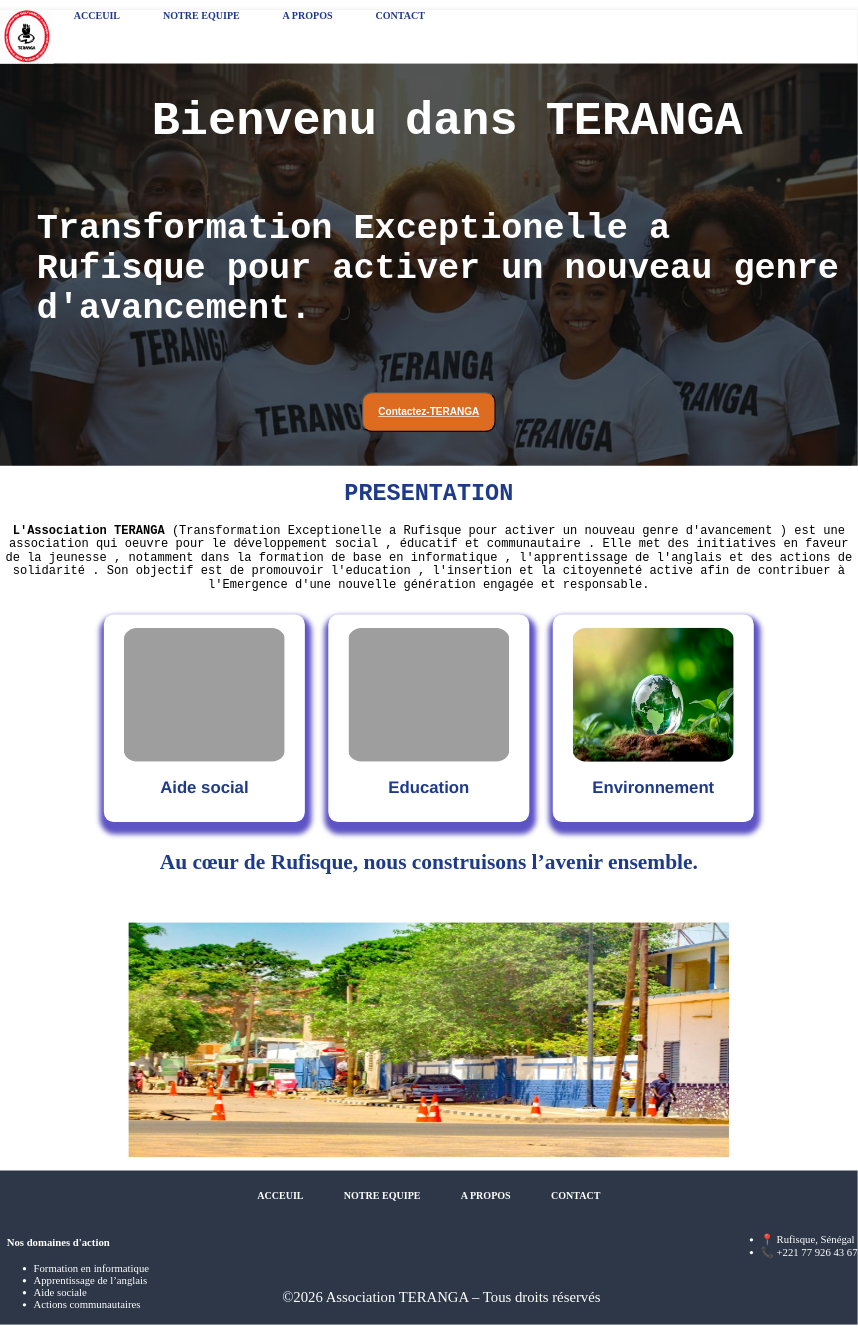
Repository: assanendao171/projet-teranga
Page: acceuil.html
The author's editor kept a copy of each file at every save. The page is drawn from the files as they stood at one save, then again after a run of saves.
The browser window is 1280 px wide. The pictures show the whole page, at 67% of full size.
Pictures or frames that could not be fetched are drawn as grey boxes.

Above is the page before, as saved 2026-02-12 10:26:33.

After the next 2 saves:
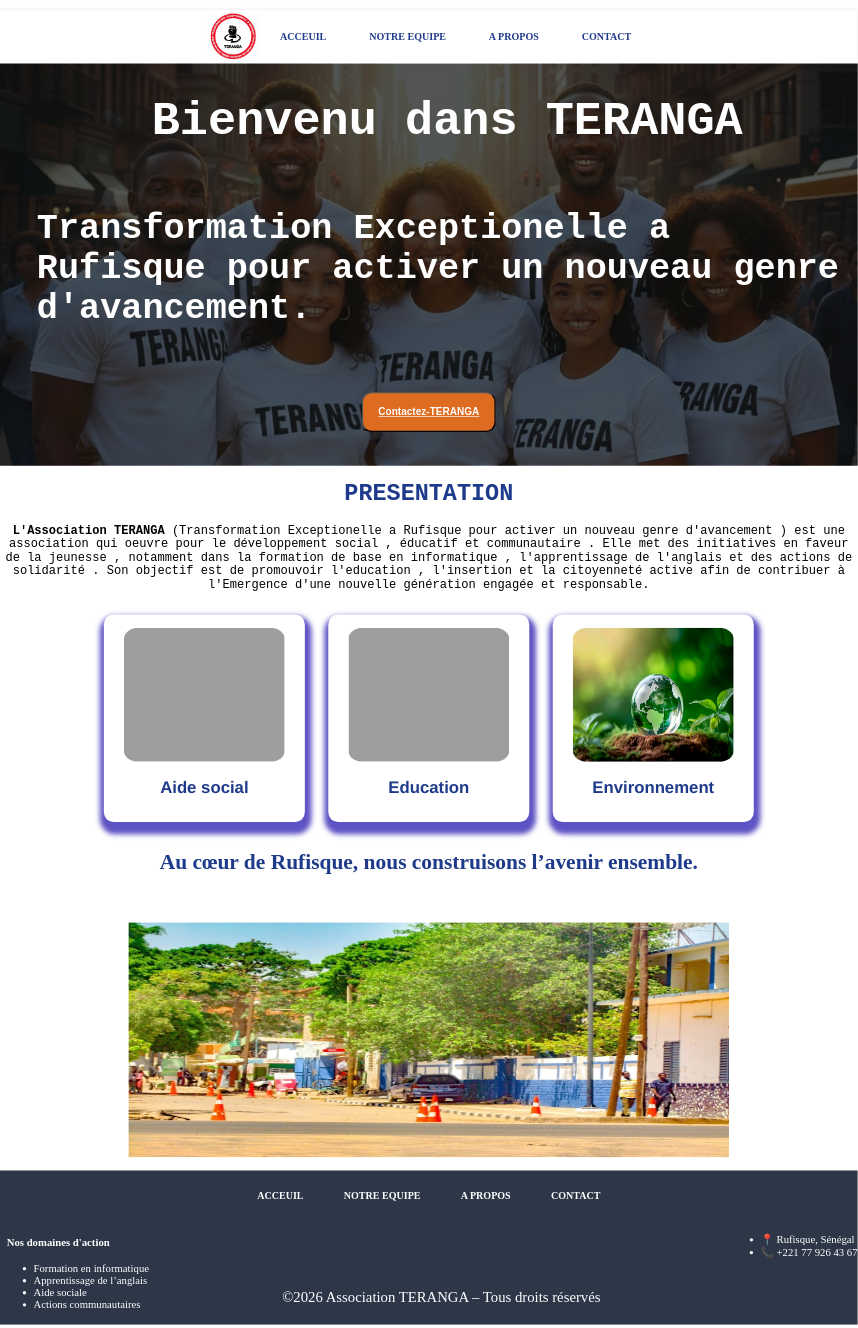
The 2 saves are shown as one change because they came seconds apart.
The last was saved 10 s later.
--- a/acceuil.css
+++ b/acceuil.css
@@ -6,8 +6,9 @@ width: 100%;
 height: 80px;
 background-color: #FFFFFF;
 box-shadow: 2px 6px 6px 6px rgba(0, 0, 0, 0.1);
- display: flex;
-
+display: flex;
+align-items: center;
+justify-content: center;
 }
 .contain-logo{
     display: flex;
@@ -18,7 +19,6 @@ box-shadow: 2px 6px 6px 6px rgba(0, 0, 0, 0.1);
         display: flex;
     flex-direction: row;
     justify-content: flex-end;
-    align-items: centerzz;
 }
 nav a{
     margin: 30px;
